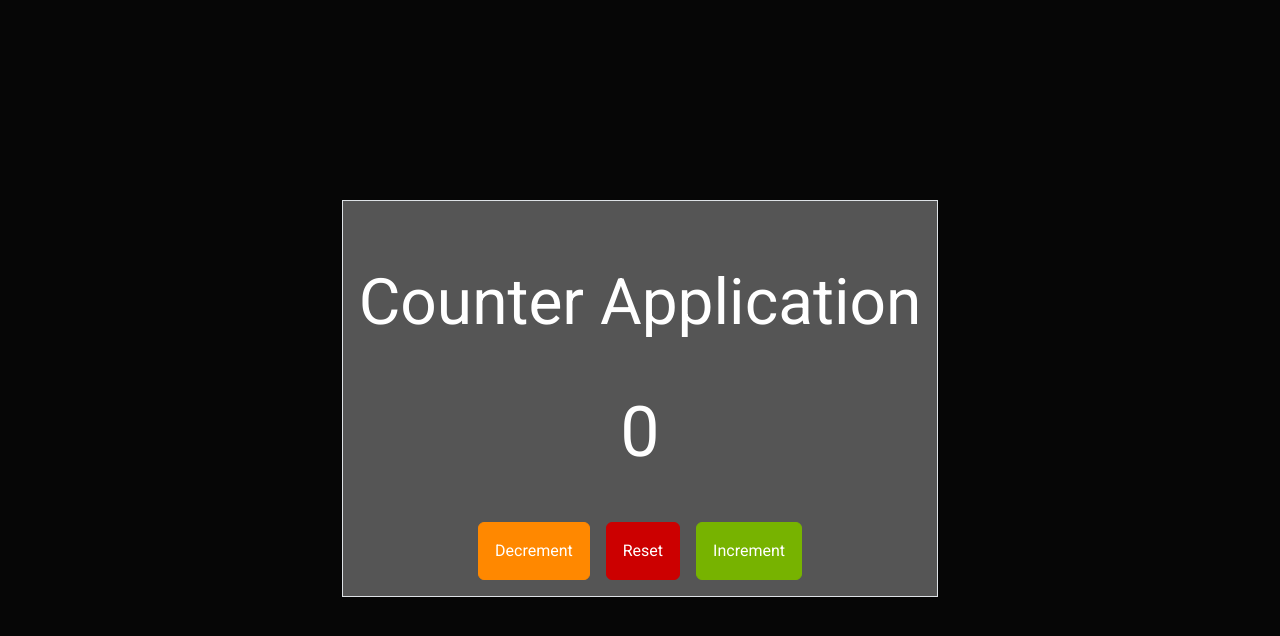
Repository: Afraz13/Emoboo
Page: /
An editor plug-in stored every save of this project. The page is shown before and after the next save, followed by the edit.
The browser window is 1280 px wide. The pictures show the whole page.
The project was rebuilt for these pictures with package versions that can differ from the ones it lists, and the page was loaded fresh each time.

Above is the page before, as saved 2024-08-15 16:06:04.

After the next save:
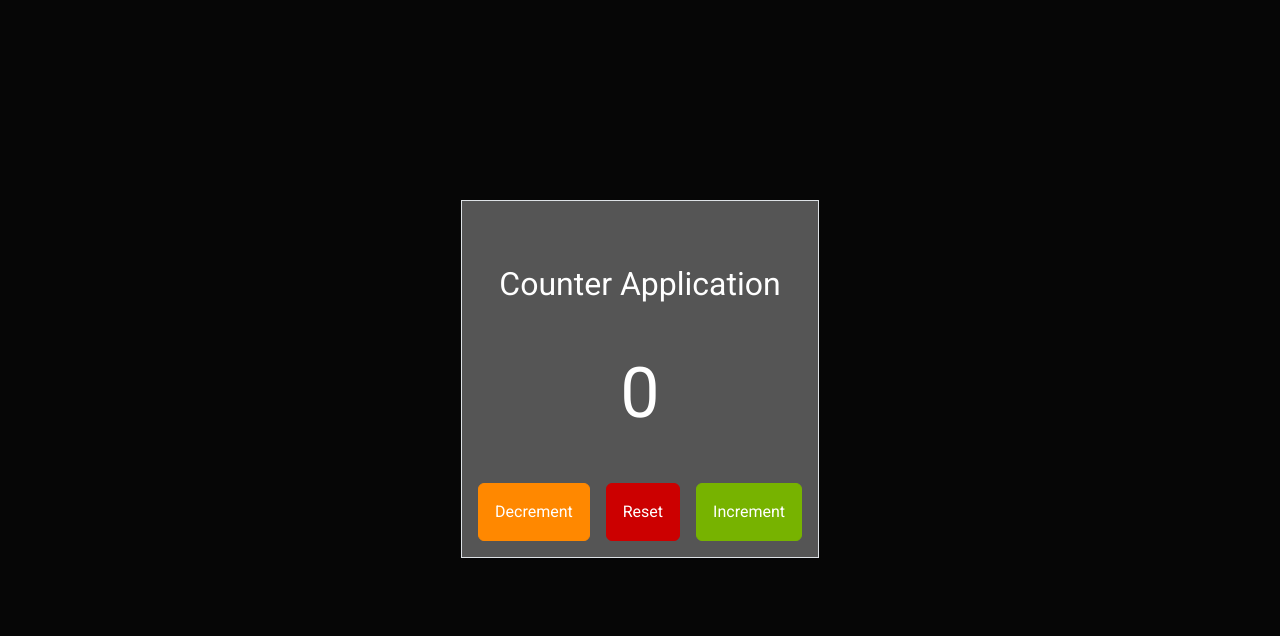
Saved 27 s later.
--- a/src/compontent/Counter.jsx
+++ b/src/compontent/Counter.jsx
@@ -10,7 +10,7 @@ function Counter() {
   return (
     <div style={{marginTop:'200px'}} className='d-flex justify-content-center align-items-center w-100  flex-column   '>
         <div className='border p-3 bg-secondary '>
-            <h1 className='mt-5 mb-5'>Counter Application</h1>
+            <h4 className='mt-5 mb-5'>Counter Application</h4>
         <h1 style={{fontSize:'70px'}}>{count}</h1>
         <div className='mt-5'>
             <button onClick={()=>dispatch(decrement())} className='btn btn-warning p-3'>Decrement</button>
